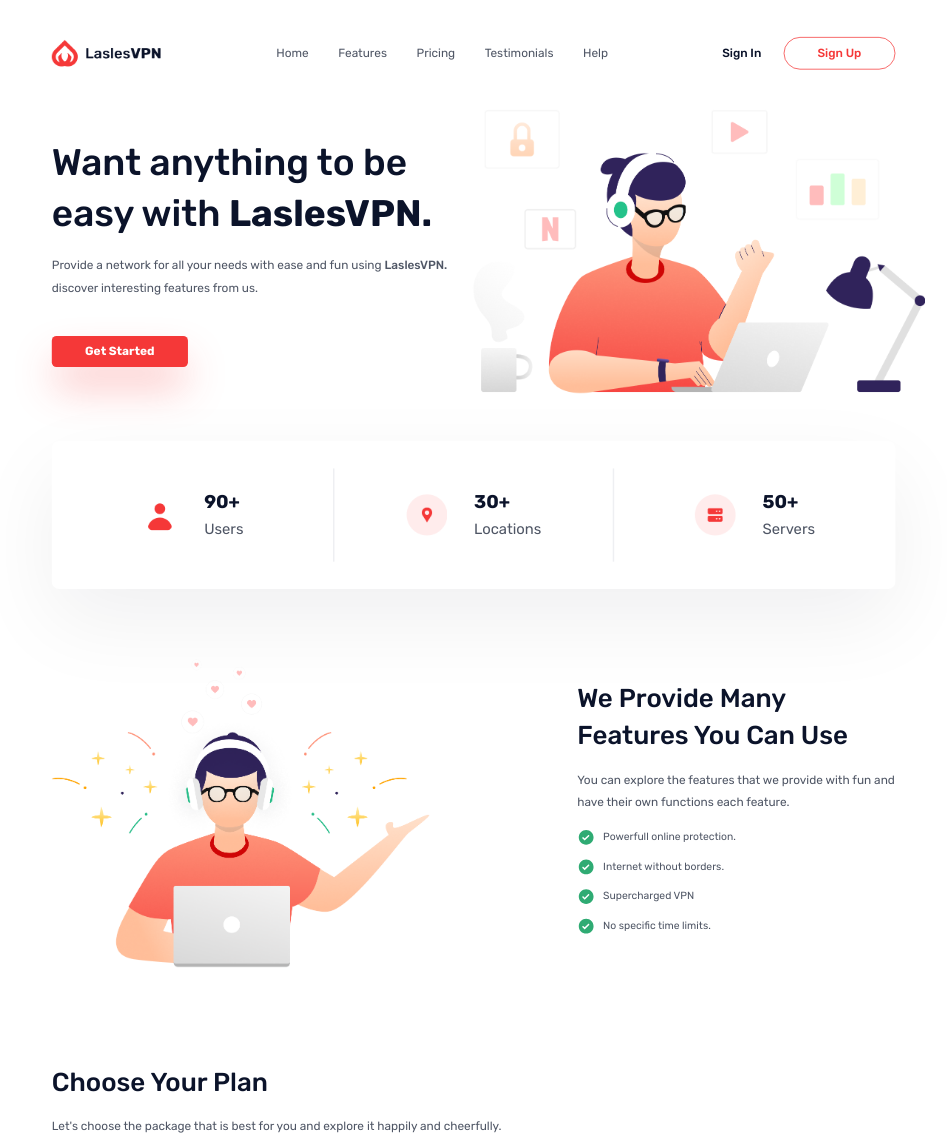
Repository: kebinh1235/lasles-demo
Page: index.html
The author's editor kept a copy of each file at every save. The page is drawn from the files as they stood at one save, then again after the next save.
The browser window is 1280 px wide. The pictures show the whole page, at 74% of full size.
The style sheet was rebuilt from its Sass, Less or Tailwind sources for each picture, by a compiler version that may differ from the author's.

Above is the page before, as saved 2021-10-31 01:46:31.

After the next save:
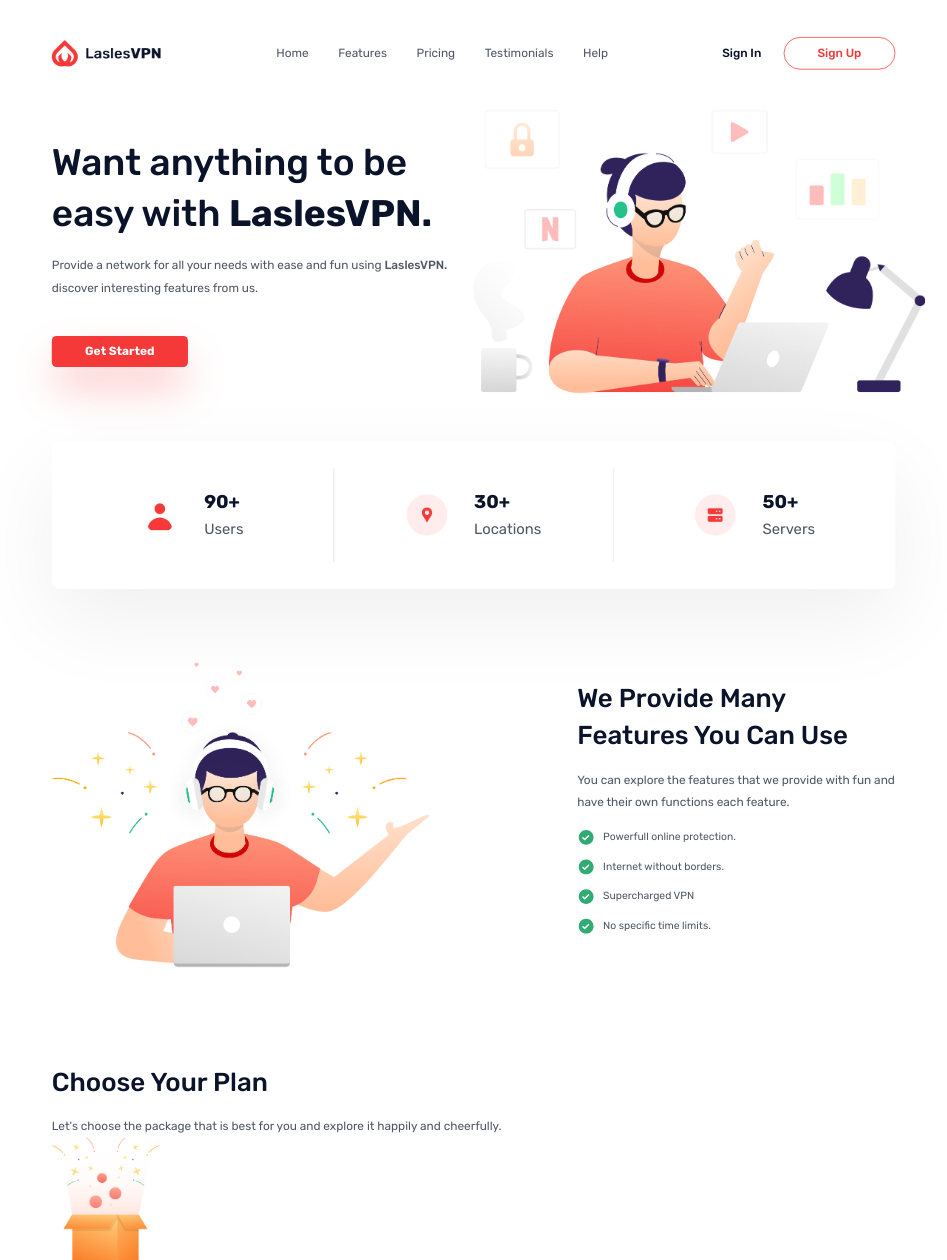
Saved 97 s later.
--- a/index.html
+++ b/index.html
@@ -131,7 +131,9 @@
               <p class="plan__desc text">Let's choose the package that is best for you and explore it happily and cheerfully.</p>
             </div>
             <div class="plan__main">
-
+              <div class="plan__item">
+                <img srcset="./images/Icon/Free.png 2x" alt="Free Plan" title="Free Plan">
+              </div>
             </div>
           </div>
         </div>
